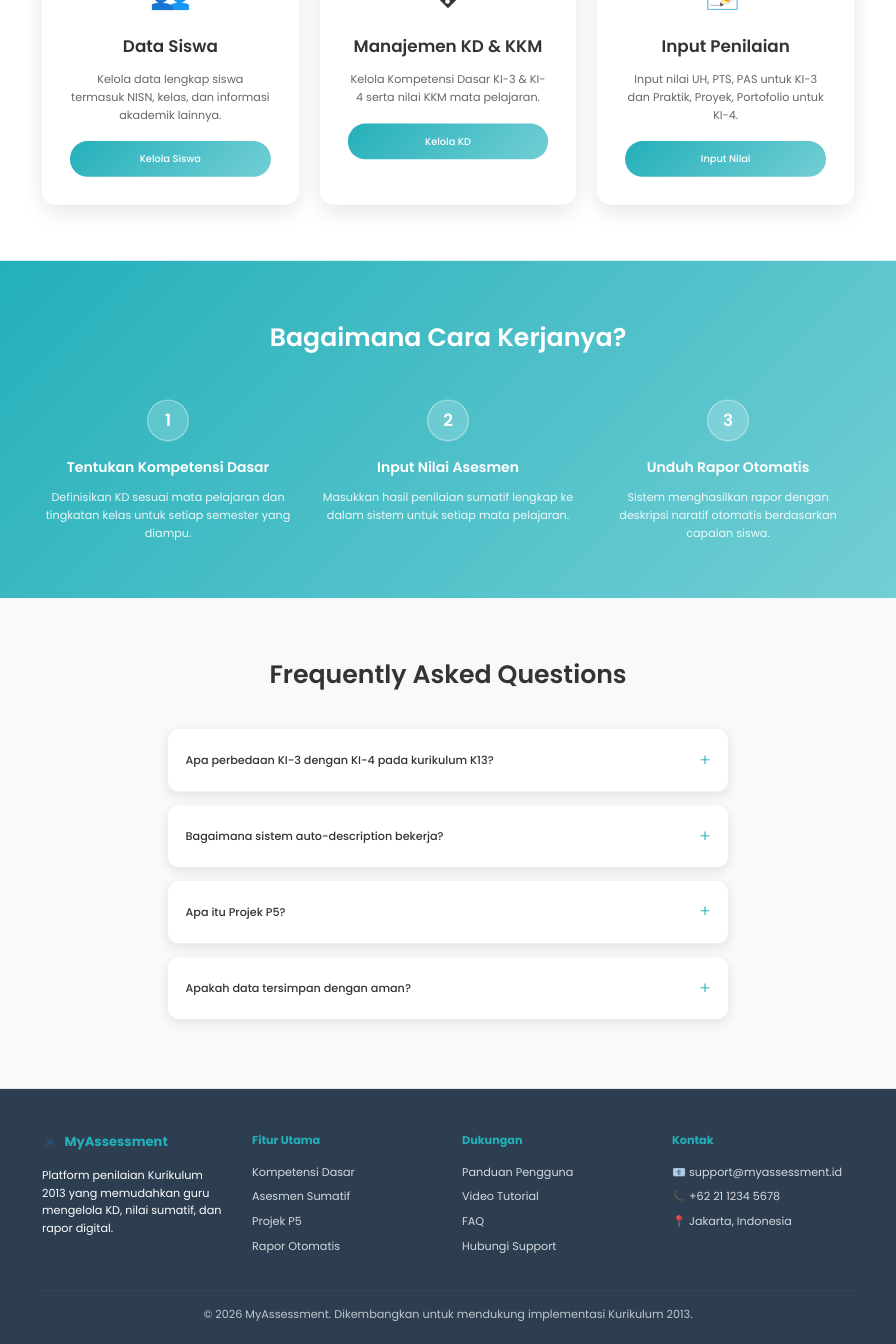
Repository: Ws529/MyAssassment_Final
Page: MyAssessment/wwwroot/index.html
The author's editor kept a copy of each file at every save. The page is drawn from the files as they stood at one save, then again after the next save.
The browser window is 1280 px wide. The pictures show the part of the page from y = 1082 to 3002 px (the page is 3002 px tall), at 70% of full size.

Above is the page before, as saved 2026-01-01 13:56:39.

### MyAssessment/wwwroot/index.html
<!DOCTYPE html>
<html lang="id">
<head>
    <meta charset="utf-8" />
    <meta name="viewport" content="width=device-width, initial-scale=1.0" />
    <title>My Assessment - Sistem Penilaian K13</title>
    <link href="https://fonts.googleapis.com/css2?family=Poppins:wght@300;400;500;600;700&display=swap" rel="stylesheet">
    <style>
        * { margin: 0; padding: 0; box-sizing: border-box; }
        body { font-family: 'Poppins', sans-serif; line-height: 1.6; color: #333; background-color: #f8f9fa; }
        .container { max-width: 1200px; margin: 0 auto; padding: 0 20px; }

        /* Navigation */
        .navbar { background: #fff; box-shadow: 0 2px 10px rgba(0,0,0,0.1); position: fixed; top: 0; width: 100%; z-index: 1000; }
        .nav-container { max-width: 1200px; margin: 0 auto; padding: 0 20px; display: flex; justify-content: space-between; align-items: center; height: 70px; }
        .nav-brand { display: flex; align-items: center; font-size: 24px; font-weight: 600; color: #24b0ba; gap: 10px; }
        .nav-menu { display: flex; align-items: center; gap: 30px; }
        .nav-link { text-decoration: none; color: #333; font-weight: 500; transition: color 0.3s; }
        .nav-link:hover { color: #24b0ba; }
        .btn-primary { background: linear-gradient(135deg, #24b0ba, #73ced5); color: white; border: none; padding: 12px 24px; border-radius: 25px; font-weight: 500; cursor: pointer; text-decoration: none; transition: transform 0.3s; }
        .btn-primary:hover { transform: translateY(-2px); }

        /* Hero Section */
        .hero { background: linear-gradient(135deg, #24b0ba, #73ced5); color: white; padding: 120px 0 80px; margin-top: 70px; }
        .hero-container { max-width: 1200px; margin: 0 auto; padding: 0 20px; display: grid; grid-template-columns: 1fr 1fr; gap: 60px; align-items: center; }
        .hero-content h1 { font-size: 42px; font-weight: 700; margin-bottom: 20px; line-height: 1.2; }
        .hero-content p { font-size: 18px; margin-bottom: 30px; opacity: 0.9; }
        .search-box { display: flex; background: white; border-radius: 50px; padding: 8px; max-width: 500px; }
        .search-box input { flex: 1; border: none; padding: 15px 20px; font-size: 16px; border-radius: 50px; outline: none; color: #333; }
        .search-box button { background: #24b0ba; color: white; border: none; padding: 15px 30px; border-radius: 50px; font-weight: 500; cursor: pointer; }

        .hero-features { display: grid; grid-template-columns: 1fr 1fr; gap: 20px; }
        .feature-card { background: rgba(255,255,255,0.15); padding: 25px; border-radius: 20px; backdrop-filter: blur(10px); border: 1px solid rgba(255,255,255,0.2); transition: transform 0.3s; }
        .feature-card:hover { transform: translateY(-5px); }
        .feature-icon { font-size: 32px; margin-bottom: 15px; }
        .feature-card h3 { font-size: 18px; font-weight: 600; margin-bottom: 10px; }
        .feature-card p { font-size: 14px; opacity: 0.9; }

        /* Modules Section */
        .modules { padding: 80px 0; background: white; }
        .modules h2 { text-align: center; font-size: 36px; font-weight: 600; margin-bottom: 40px; color: #333; }
        .module-tabs { display: flex; justify-content: center; gap: 20px; margin-bottom: 50px; }
        .tab-btn { background: transparent; border: 2px solid #e9ecef; padding: 12px 30px; border-radius: 25px; font-weight: 500; cursor: pointer; transition: all 0.3s; font-family: 'Poppins', sans-serif; }
        .tab-btn.active, .tab-btn:hover { background: #24b0ba; color: white; border-color: #24b0ba; }

        .module-grid { display: grid; grid-template-columns: repeat(auto-fit, minmax(350px, 1fr)); gap: 30px; }
        .module-card { background: white; padding: 40px; border-radius: 20px; box-shadow: 0 10px 30px rgba(0,0,0,0.1); text-align: center; transition: transform 0.3s; }
        .module-card:hover { transform: translateY(-10px); }
        .module-icon { font-size: 48px; margin-bottom: 20px; }
        .module-card h3 { font-size: 24px; font-weight: 600; margin-bottom: 15px; color: #333; }
        .module-card p { color: #666; margin-bottom: 25px; line-height: 1.6; }
        .btn-module { background: linear-gradient(135deg, #24b0ba, #73ced5); color: white; border: none; padding: 15px 30px; border-radius: 25px; font-weight: 500; cursor: pointer; width: 100%; text-decoration: none; display: inline-block; font-family: 'Poppins', sans-serif; font-size: 14px; transition: transform 0.3s; }
        .btn-module:hover { transform: translateY(-2px); }

        /* How It Works */
        .how-it-works { background: linear-gradient(135deg, #24b0ba, #73ced5); color: white; padding: 80px 0; }
        .how-it-works h2 { text-align: center; font-size: 36px; font-weight: 600; margin-bottom: 60px; }
        .steps { display: grid; grid-template-columns: repeat(auto-fit, minmax(300px, 1fr)); gap: 40px; }
        .step { text-align: center; }
        .step-number { width: 60px; height: 60px; background: rgba(255,255,255,0.2); border-radius: 50%; display: flex; align-items: center; justify-content: center; font-size: 24px; font-weight: 600; margin: 0 auto 20px; border: 2px solid rgba(255,255,255,0.3); }
        .step h3 { font-size: 20px; font-weight: 600; margin-bottom: 15px; }
        .step p { opacity: 0.9; line-height: 1.6; }

        /* FAQ Section */
        .faq { padding: 80px 0; background: #f8f9fa; }
        .faq h2 { text-align: center; font-size: 36px; font-weight: 600; margin-bottom: 50px; color: #333; }
        .faq-list { max-width: 800px; margin: 0 auto; }
        .faq-item { background: white; margin-bottom: 20px; border-radius: 15px; overflow: hidden; box-shadow: 0 5px 15px rgba(0,0,0,0.1); }
        .faq-question { padding: 25px; display: flex; justify-content: space-between; align-items: center; cursor: pointer; font-weight: 500; transition: background 0.3s; }
        .faq-question:hover { background: #f8f9fa; }
        .faq-toggle { font-size: 24px; font-weight: 300; color: #24b0ba; transition: transform 0.3s; }
        .faq-answer { padding: 0 25px 25px; color: #666; line-height: 1.6; display: none; }
        .faq-item.active .faq-answer { display: block; }
        .faq-item.active .faq-toggle { transform: rotate(45deg); }

        /* Footer */
        .footer { background: #2c3e50; color: white; padding: 60px 0 30px; }
        .footer-content { display: grid; grid-template-columns: repeat(auto-fit, minmax(250px, 1fr)); gap: 40px; }
        .footer-section h3, .footer-section h4 { margin-bottom: 20px; color: #24b0ba; }
        .footer-section ul { list-style: none; }
        .footer-section ul li { margin-bottom: 10px; opacity: 0.8; }
        .footer-section ul li:hover { opacity: 1; }
        .footer-bottom { text-align: center; margin-top: 40px; padding-top: 20px; border-top: 1px solid rgba(255,255,255,0.1); opacity: 0.7; }

        /* Responsive */
        @media (max-width: 768px) {
            .hero-container { grid-template-columns: 1fr; text-align: center; }
            .hero-content h1 { font-size: 28px; }
            .hero-features { grid-template-columns: 1fr; }
            .nav-menu { display: none; }
            .module-grid { grid-template-columns: 1fr; }
            .steps { grid-template-columns: 1fr; }
            .search-box { flex-direction: column; border-radius: 15px; }
            .search-box input { border-radius: 10px; }
            .search-box button { border-radius: 10px; margin-top: 10px; }
        }
    </style>
</head>
<body>
    <!-- Navigation -->
    <nav class="navbar">
        <div class="nav-container">
            <a href="index.html" class="nav-brand">
                <img src="assets/img/logo.png" alt="MyAssessment Logo" style="height: 40px; width: auto;">
                <span>MyAssessment</span>
            </a>
            <div class="nav-menu">
                <a href="index.html" class="nav-link">Beranda</a>
                <a href="siswa.html" class="nav-link">Data Siswa</a>
                <a href="kompetensi.html" class="nav-link">KD & KKM</a>
                <a href="penilaian.html" class="nav-link">Penilaian</a>
                <a href="#faq" class="nav-link">FAQ</a>
                <a href="pengaturan.html" class="btn-primary">Pengaturan</a>
            </div>
        </div>
    </nav>

    <!-- Hero Section -->
    <section class="hero">
        <div class="hero-container">
            <div class="hero-content">
                <h1>Sistem Penilaian Kurikulum 2013: Mudah & Otomatis</h1>
                <p>Kelola Kompetensi Dasar, Nilai Siswa, dan Rapor dalam satu platform terintegrasi untuk implementasi Kurikulum 2013.</p>
                <div class="search-box">
                    <input type="text" placeholder="Cari data siswa atau kelas..." />
                    <button type="button">🔍 Cari</button>
                </div>
            </div>
            <div class="hero-features">
                <div class="feature-card">
                    <div class="feature-icon">📊</div>
                    <h3>Penilaian Akademik</h3>
                    <p>Input nilai sumatif dengan deskripsi rapor otomatis</p>
                </div>
                <div class="feature-card">
                    <div class="feature-icon">📋</div>
                    <h3>Projek P5</h3>
                    <p>Pantau perkembangan karakter Profil Pelajar Pancasila</p>
                </div>
                <div class="feature-card">
                    <div class="feature-icon">📝</div>
                    <h3>Kelola KD</h3>
                    <p>Definisikan Kompetensi Dasar berdasarkan mata pelajaran</p>
                </div>
                <div class="feature-card">
                    <div class="feature-icon">📈</div>
                    <h3>Rapor Digital</h3>
                    <p>Generate rapor dengan format otomatis siap cetak</p>
                </div>
            </div>
        </div>
    </section>

    <!-- Browse Modules -->
    <section class="modules">
        <div class="container">
            <h2>Browse Modules</h2>
            <div class="module-tabs">
                <button class="tab-btn active" onclick="filterModules('master')">Data Master</button>
                <button class="tab-btn" onclick="filterModules('akademik')">Akademik</button>
                <button class="tab-btn" onclick="filterModules('laporan')">Laporan</button>
            </div>
            <div class="module-grid" id="moduleGrid">
                <div class="module-card" data-category="master">
                    <div class="module-icon">👥</div>
                    <h3>Data Siswa</h3>
                    <p>Kelola data lengkap siswa termasuk NISN, kelas, dan informasi akademik lainnya.</p>
                    <button class="btn-module" onclick="location.href='siswa.html'">Kelola Siswa</button>
                </div>
                <div class="module-card" data-category="master">
                    <div class="module-icon">�</div>
                    <h3>Manajemen KD & KKM</h3>
                    <p>Kelola Kompetensi Dasar KI-3 & KI-4 serta nilai KKM mata pelajaran.</p>
                    <button class="btn-module" onclick="location.href='kompetensi.html'">Kelola KD</button>
                </div>
                <div class="module-card" data-category="master">
                    <div class="module-icon">📝</div>
                    <h3>Input Penilaian</h3>
                    <p>Input nilai UH, PTS, PAS untuk KI-3 dan Praktik, Proyek, Portofolio untuk KI-4.</p>
                    <button class="btn-module" onclick="location.href='penilaian.html'">Input Nilai</button>
                </div>
            </div>
        </div>
    </section>

    <!-- How It Works -->
    <section class="how-it-works">
        <div class="container">
            <h2>Bagaimana Cara Kerjanya?</h2>
            <div class="steps">
                <div class="step">
                    <div class="step-number">1</div>
                    <h3>Tentukan Kompetensi Dasar</h3>
                    <p>Definisikan KD sesuai mata pelajaran dan tingkatan kelas untuk setiap semester yang diampu.</p>
                </div>
                <div class="step">
                    <div class="step-number">2</div>
                    <h3>Input Nilai Asesmen</h3>
                    <p>Masukkan hasil penilaian sumatif lengkap ke dalam sistem untuk setiap mata pelajaran.</p>
                </div>
                <div class="step">
                    <div class="step-number">3</div>
                    <h3>Unduh Rapor Otomatis</h3>
                    <p>Sistem menghasilkan rapor dengan deskripsi naratif otomatis berdasarkan capaian siswa.</p>
                </div>
            </div>
        </div>
    </section>

    <!-- FAQ Section -->
    <section class="faq" id="faq">
        <div class="container">
            <h2>Frequently Asked Questions</h2>
            <div class="faq-list">
                <div class="faq-item">
                    <div class="faq-question" onclick="toggleFaq(this)">
                        <span>Apa perbedaan KI-3 dengan KI-4 pada kurikulum K13?</span>
                        <span class="faq-toggle">+</span>
                    </div>
                    <div class="faq-answer">
                        <p>KI-3 adalah Kompetensi Inti untuk aspek Pengetahuan yang dinilai melalui Ulangan Harian (UH), PTS, dan PAS. Sedangkan KI-4 adalah Kompetensi Inti untuk aspek Keterampilan yang dinilai melalui Praktik, Proyek, dan Portofolio.</p>
                    </div>
                </div>
                <div class="faq-item">
                    <div class="faq-question" onclick="toggleFaq(this)">
                        <span>Bagaimana sistem auto-description bekerja?</span>
                        <span class="faq-toggle">+</span>
                    </div>
                    <div class="faq-answer">
                        <p>Sistem akan menganalisis nilai siswa dan membandingkannya dengan KKM untuk menghasilkan deskripsi naratif otomatis. Predikat A (≥90), B (80-89), C (≥KKM), D (&lt;KKM) akan ditentukan secara otomatis.</p>
                    </div>
                </div>
                <div class="faq-item">
                    <div class="faq-question" onclick="toggleFaq(this)">
                        <span>Apa itu Projek P5?</span>
                        <span class="faq-toggle">+</span>
                    </div>
                    <div class="faq-answer">
                        <p>Projek Penguatan Profil Pelajar Pancasila (P5) adalah kegiatan kokurikuler berbasis projek yang dirancang untuk memperkuat upaya pencapaian kompetensi dan karakter sesuai dengan profil pelajar Pancasila.</p>
                    </div>
                </div>
                <div class="faq-item">
                    <div class="faq-question" onclick="toggleFaq(this)">
                        <span>Apakah data tersimpan dengan aman?</span>
                        <span class="faq-toggle">+</span>
                    </div>
                    <div class="faq-answer">
                        <p>Ya, semua data disimpan di database MongoDB dengan sistem backup otomatis. Data siswa dan nilai dilindungi dengan enkripsi untuk menjamin keamanan dan privasi.</p>
                    </div>
                </div>
            </div>
        </div>
    </section>

    <!-- Footer -->
    <footer class="footer">
        <div class="container">
            <div class="footer-content">
                <div class="footer-section">
                    <h3><img src="assets/img/logo.png" alt="Logo" style="height: 24px; vertical-align: middle; margin-right: 8px;">MyAssessment</h3>
                    <p>Platform penilaian Kurikulum 2013 yang memudahkan guru mengelola KD, nilai sumatif, dan rapor digital.</p>
                </div>
                <div class="footer-section">
                    <h4>Fitur Utama</h4>
                    <ul>
                        <li>Kompetensi Dasar</li>
                        <li>Asesmen Sumatif</li>
                        <li>Projek P5</li>
                        <li>Rapor Otomatis</li>
                    </ul>
                </div>
                <div class="footer-section">
                    <h4>Dukungan</h4>
                    <ul>
                        <li>Panduan Pengguna</li>
                        <li>Video Tutorial</li>
                        <li>FAQ</li>
                        <li>Hubungi Support</li>
                    </ul>
                </div>
                <div class="footer-section">
                    <h4>Kontak</h4>
                    <ul>
                        <li>📧 support@myassessment.id</li>
                        <li>📞 +62 21 1234 5678</li>
                        <li>📍 Jakarta, Indonesia</li>
                    </ul>
                </div>
            </div>
            <div class="footer-bottom">
                <p>© 2026 MyAssessment. Dikembangkan untuk mendukung implementasi Kurikulum 2013.</p>
            </div>
        </div>
    </footer>

    <script>
        // FAQ Toggle
        function toggleFaq(element) {
            const faqItem = element.parentElement;
            const wasActive = faqItem.classList.contains('active');

            // Close all FAQ items
            document.querySelectorAll('.faq-item').forEach(item => {
                item.classList.remove('active');
            });

            // Open clicked item if it wasn't active
            if (!wasActive) {
                faqItem.classList.add('active');
            }
        }

        // Module Filter
        function filterModules(category) {
            // Update active tab
            document.querySelectorAll('.tab-btn').forEach(btn => {
                btn.classList.remove('active');
            });
            event.target.classList.add('active');

            // Filter modules (for demo, all modules are shown)
            const modules = document.querySelectorAll('.module-card');
            modules.forEach(module => {
                module.style.display = 'block';
            });
        }
    </script>
</body>
</html>

After the next save:
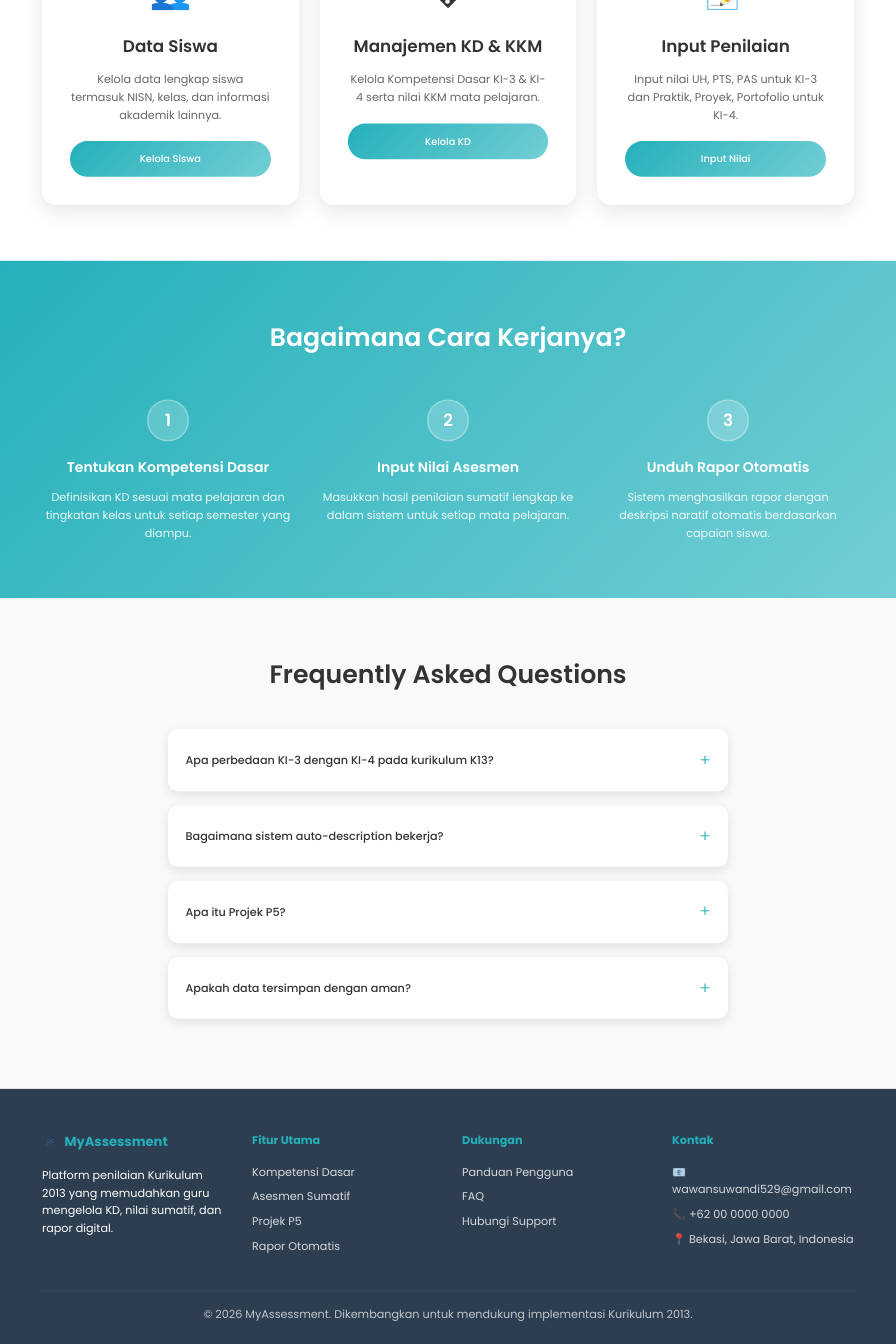
Saved 3 min 41 s later.
--- a/MyAssessment/wwwroot/index.html
+++ b/MyAssessment/wwwroot/index.html
@@ -273,7 +273,6 @@
                     <h4>Dukungan</h4>
                     <ul>
                         <li>Panduan Pengguna</li>
-                        <li>Video Tutorial</li>
                         <li>FAQ</li>
                         <li>Hubungi Support</li>
                     </ul>
@@ -281,9 +280,9 @@
                 <div class="footer-section">
                     <h4>Kontak</h4>
                     <ul>
-                        <li>📧 support@myassessment.id</li>
-                        <li>📞 +62 21 1234 5678</li>
-                        <li>📍 Jakarta, Indonesia</li>
+                        <li>📧 wawansuwandi529@gmail.com</li>
+                        <li>📞 +62 00 0000 0000</li>
+                        <li>📍 Bekasi, Jawa Barat, Indonesia</li>
                     </ul>
                 </div>
             </div>
